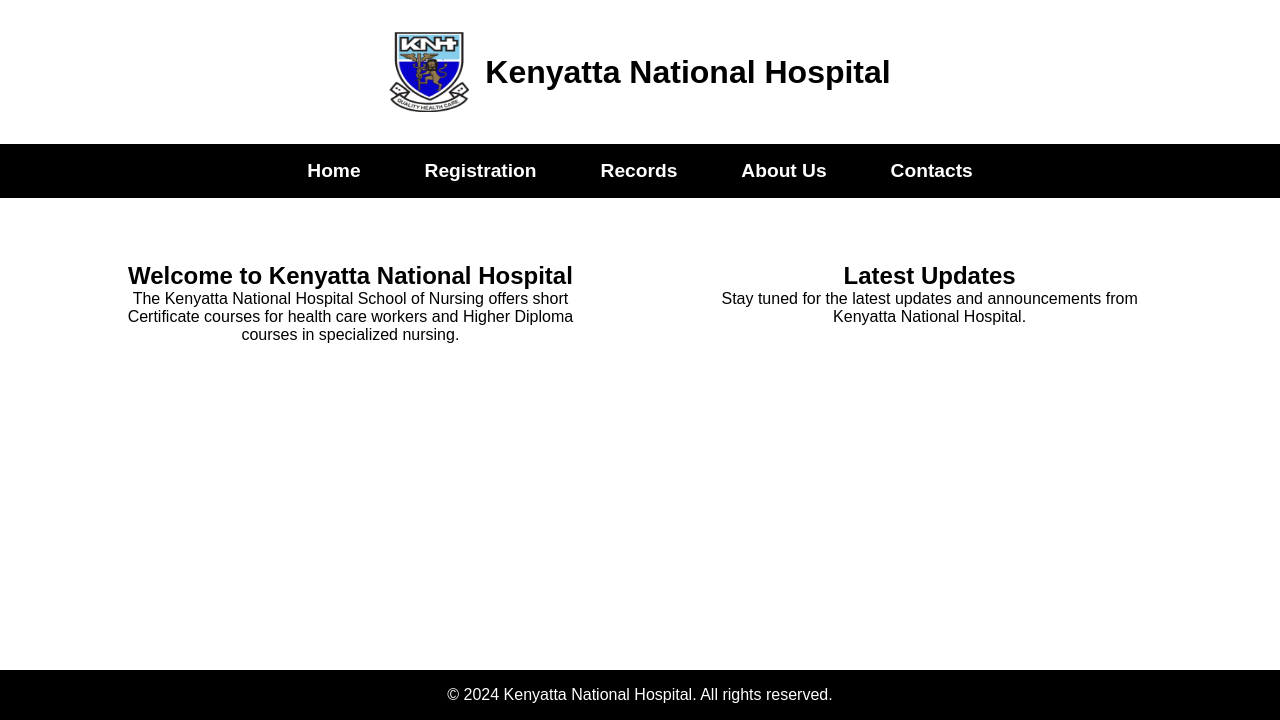
Repository: EphrahimLaanyu123/wsp
Page: index.html
These files come from the project's save history. The page is drawn as it stood at one moment and after a run of saves; the edit follows.
The browser window is 1280 px wide. The pictures show the whole page.

Above is the page before, as saved 2025-03-14 08:40:33.

After the next 2 saves:
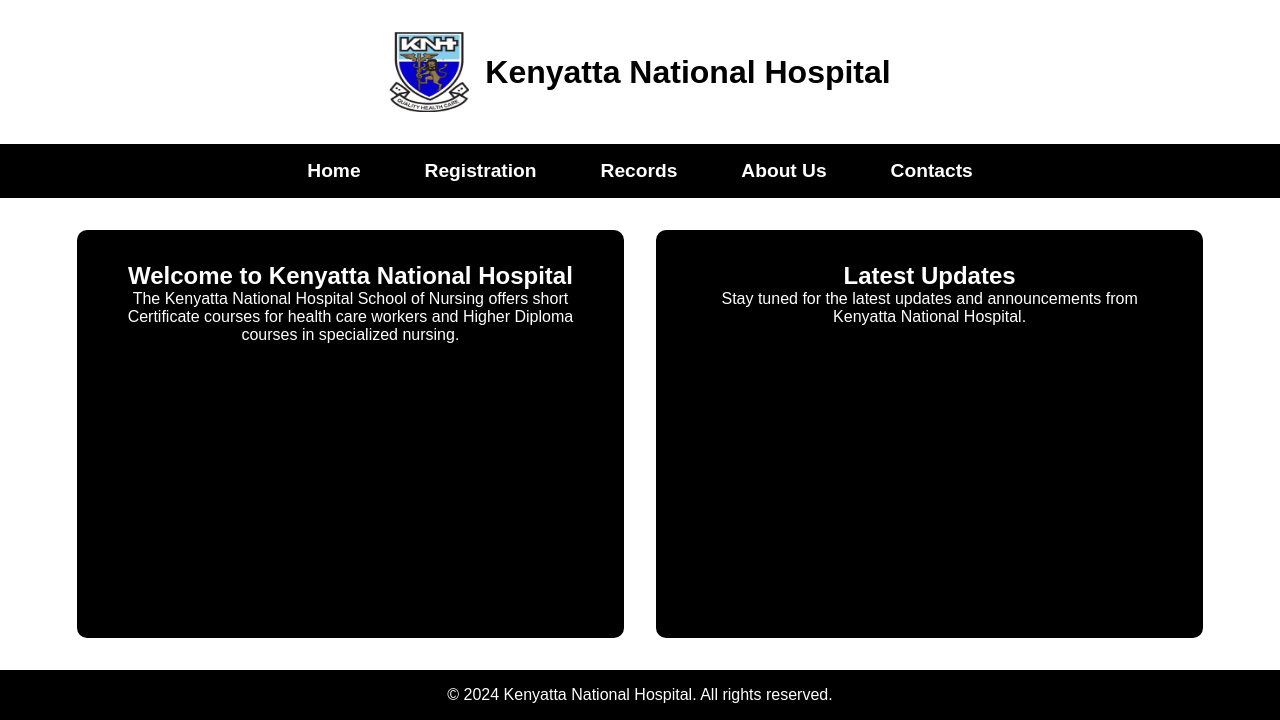
The 2 saves are shown as one change because they came seconds apart.
The last was saved 7 s later.
--- a/styles.css
+++ b/styles.css
@@ -89,8 +89,8 @@
     min-width: 300px;
     padding: 2rem;
     border-radius: 10px;
-    background-color: white;
-    color: black;
+    background-color: black;
+    color: white;
     text-align: center;
     box-shadow: 2px 2px 10px rgba(255, 255, 255, 0.2);
 }
